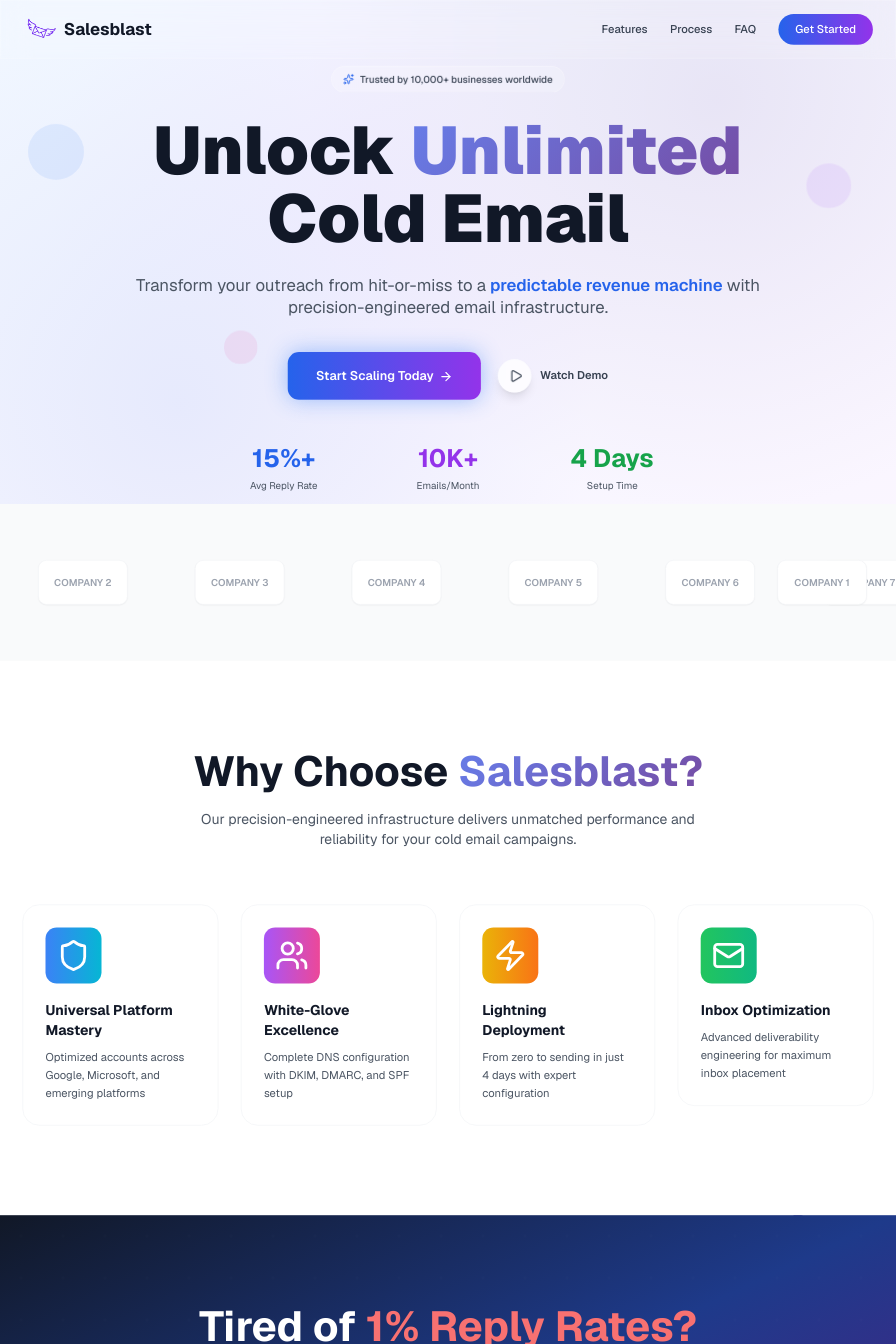
Repository: jomielcorpuz/Salesblast_india
Page: /
These files come from the project's save history. The page is drawn as it stood at one moment and after the next save; the edit follows.
The browser window is 1280 px wide. The pictures show the part of the page from y = 0 to 1920 px (the page is 5553 px tall), at 70% of full size.
The project was rebuilt for these pictures with package versions that can differ from the ones it lists, and the page was loaded fresh each time. Some packages were replaced by stand-ins written for this rebuild. The framework's server and built-in components were replaced by stand-ins that run in the browser. Also part of the build but not shown: next.config.ts.

Above is the page before, as saved 2025-07-03 22:29:50.

After the next save:
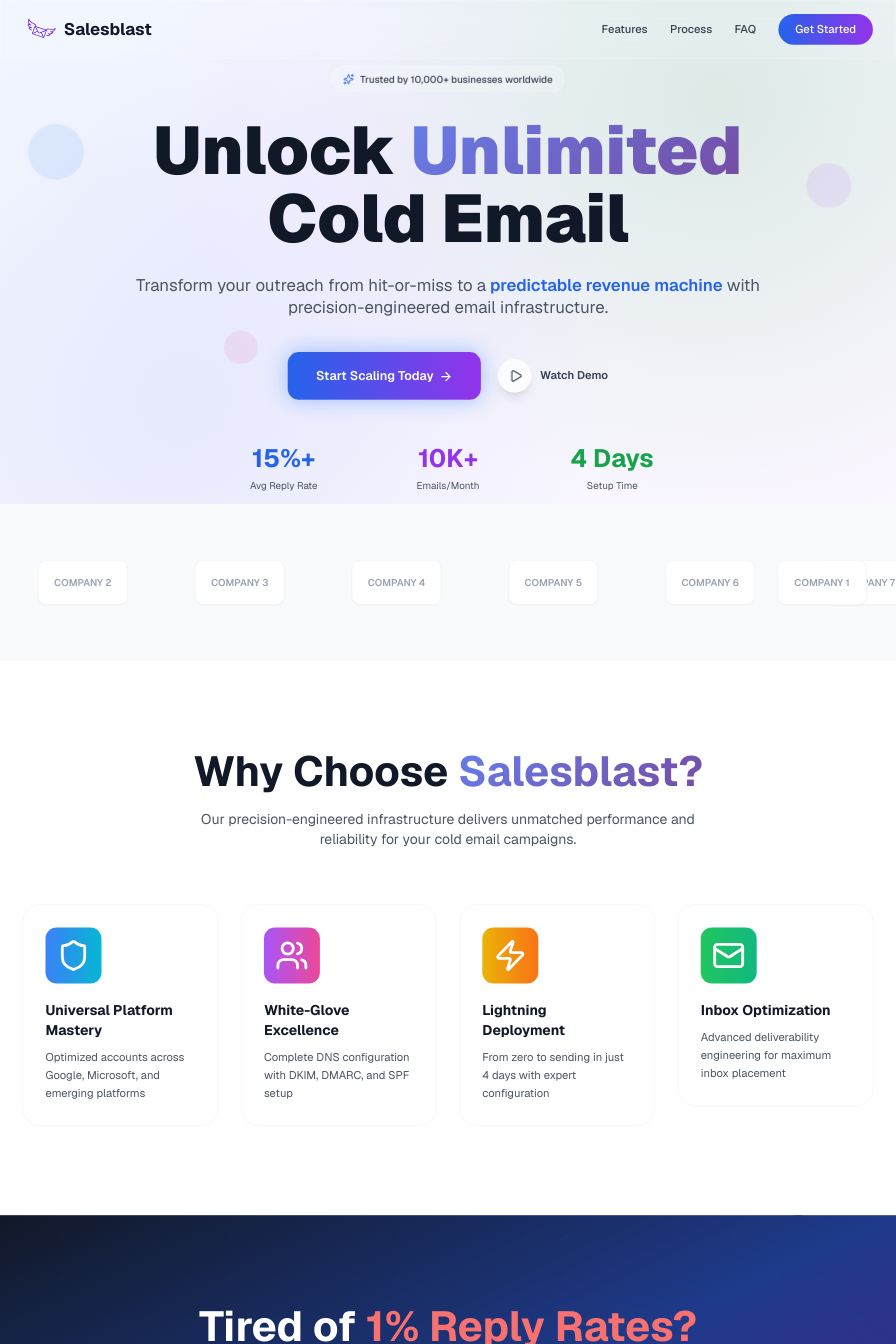
Saved 2 min 3 s later.
--- a/app/page.tsx
+++ b/app/page.tsx
@@ -216,7 +216,7 @@
               #667eea 0%,
               transparent 50%
             ),
-            radial-gradient(circle at 80% 20%, #764ba2 0%, transparent 50%),
+            radial-gradient(circle at 80% 20%, #008000 0%, transparent 50%),
             radial-gradient(circle at 40% 40%, #f093fb 0%, transparent 50%);
         }
       `}</style>
